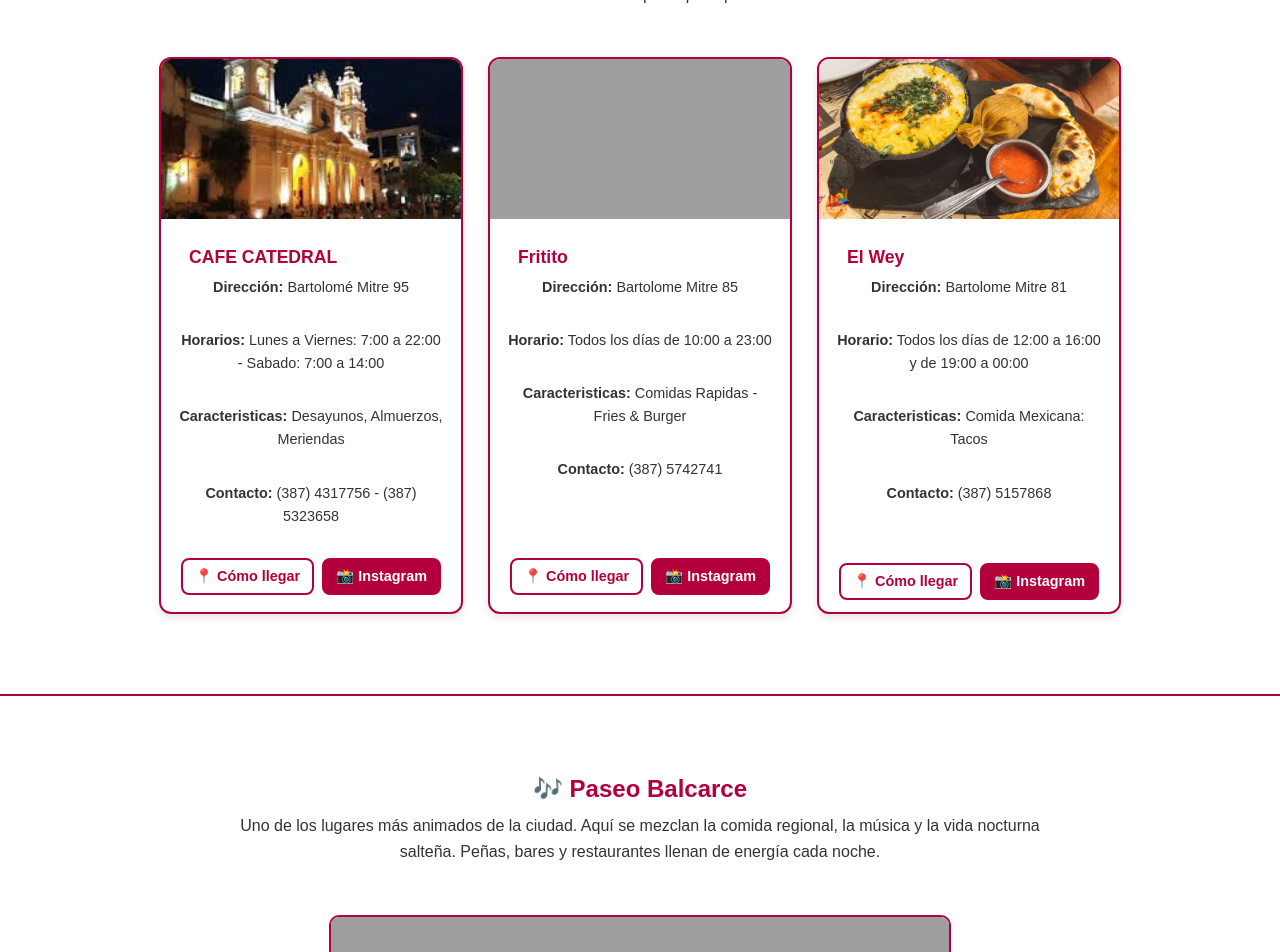
Repository: nahir95/come-en-salta
Page: restaurantes.html
An editor plug-in stored every save of this project. The page is shown before and after the next save, followed by the edit.
The browser window is 1280 px wide. The pictures show the part of the page from y = 496 to 1448 px (the page is 4421 px tall before and 4914 px after).
Pictures or frames that could not be fetched are drawn as grey boxes.

Above is the page before, as saved 2025-11-12 01:52:29.

After the next save:
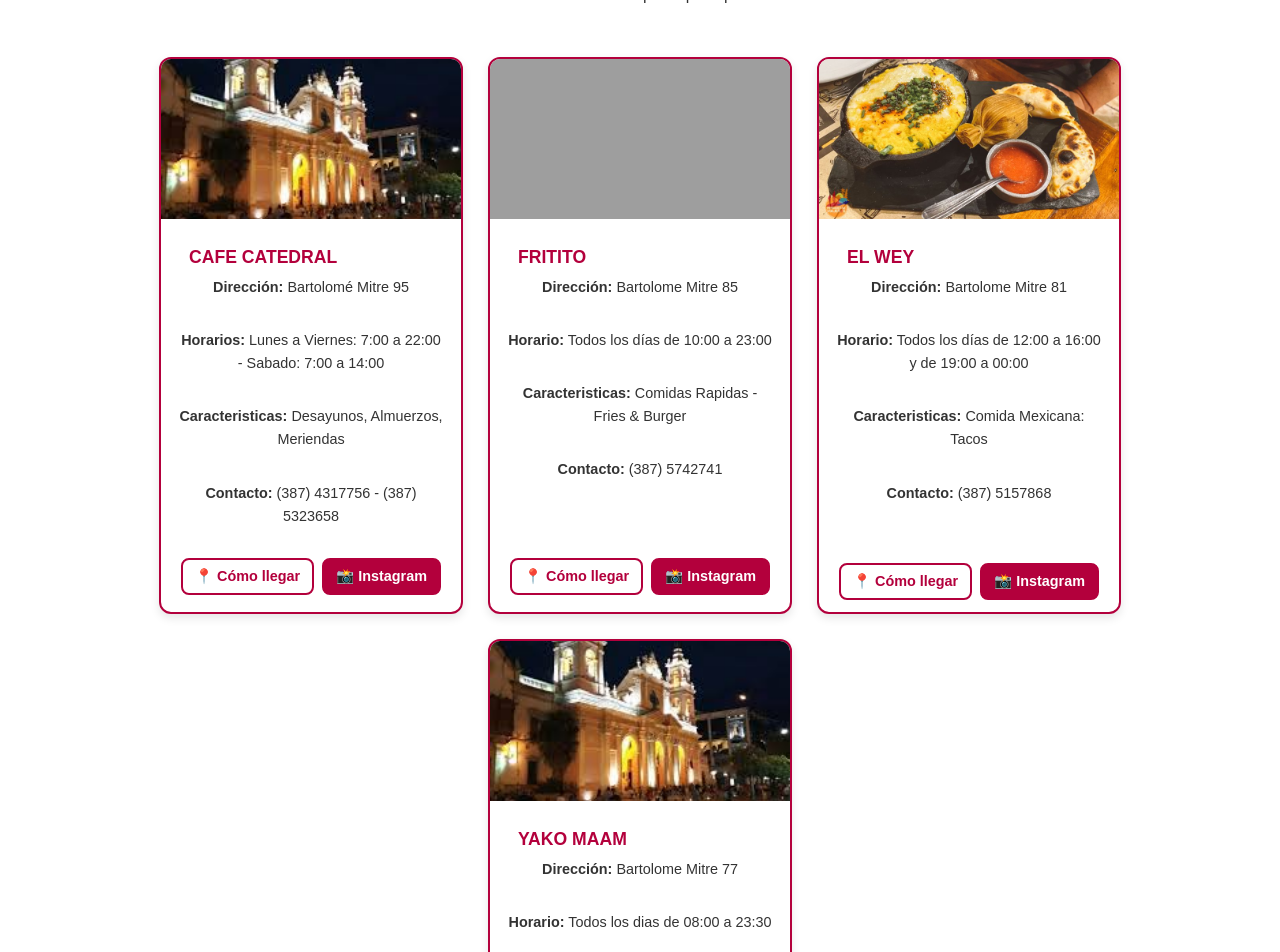
Saved 7 min 48 s later.
--- a/restaurantes.html
+++ b/restaurantes.html
@@ -51,7 +51,7 @@
     <article class="card restaurante">
       <img src="https://images.unsplash.com/photo-1565299624946-b28f40a0ae38?w=800" alt="Fritito">
       <div class="card-content">
-        <h3>Fritito</h3>
+        <h3>FRITITO</h3>
         <p><strong>Dirección:</strong> Bartolome Mitre 85</p>
         <p><strong>Horario:</strong> Todos los días de 10:00 a 23:00</p>
         <p><strong>Caracteristicas:</strong> Comidas Rapidas - Fries & Burger</p>
@@ -67,7 +67,7 @@
      <article class="card restaurante">
       <img src="imagenes/carrusel-1.jpg" alt="El Wey">
       <div class="card-content">
-        <h3>El Wey</h3>
+        <h3>EL WEY</h3>
         <p><strong>Dirección:</strong> Bartolome Mitre 81</p>
         <p><strong>Horario:</strong> Todos los días de 12:00 a 16:00 y de 19:00 a 00:00</p>
         <p><strong>Caracteristicas:</strong> Comida Mexicana: Tacos</p>
@@ -78,6 +78,20 @@
         </div>
       </div>
      </article>
+
+     <!-- Restaurante 4 -->
+      <article class="card restaurante">
+        <img src="imagenes/cafe-catedral.jpeg" alt="Yako">
+        <div class="card-content">
+          <h3>YAKO MAAM</h3>
+          <P><strong>Dirección:</strong> Bartolome Mitre 77</P>
+          <p><strong>Horario:</strong> Todos los dias de 08:00 a 23:30</p>
+          <p><strong>Caracteristicas:</strong>Cocina de Altura con técnicas de alta calidad.</p>
+          <p><strong>Contacto:</strong> (387) 2529196</p>
+
+        </div>
+
+      </article>
 
   </div>
 </section>
